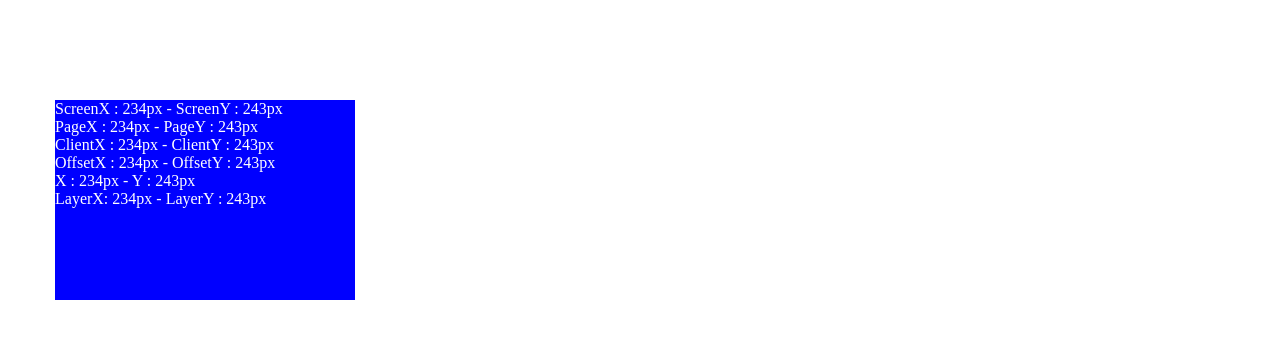
Repository: khanhbinh87/learnJs
Page: customSelect/Mouse/index.html
An editor plug-in stored every save of this project. The page is shown before and after the next save, followed by the edit.
The browser window is 1280 px wide. The pictures show the whole page.

Above is the page before, as saved 2021-06-18 10:11:03.

### customSelect/Mouse/index.html
<!DOCTYPE html>
<html lang="en">
<head>
    <meta charset="UTF-8">
    <meta name="viewport" content="width=device-width, initial-scale=1.0">
    <title>Document</title>
    <style>
        *{margin:0;padding: 0;}
        .container{
            width: 1170px;
            margin: 0 auto;
            padding: 100px 0;
        }
        .box{
            width: 300px;
            height: 200px;
            color: #fff;
            background-color: blue;
            /* margin: 0 auto; */
        }
    </style>
</head>
<body>
    <div class="container">
        <div class="box">
            <div id="screen"> ScreenX : 234px - ScreenY : 243px</div>
            <div id="page"> PageX : 234px - PageY : 243px</div>
            <div id="client"> ClientX : 234px - ClientY : 243px</div>
            <div id="offset"> OffsetX : 234px - OffsetY : 243px</div>
            <div id="xy"> X : 234px - Y : 243px</div>
            <div id="layout"> LayerX: 234px - LayerY : 243px</div>


        </div>
    </div>
</body>
<script src="main.js"></script>
</html>

### customSelect/Mouse/main.js
var boxEl = document.querySelector('.box')

function getOffset(element){
    if(!element) return;

    if(!element.getClientRects().length){
        return {
            top:0,
            left:0
        }
    }
    var rect = element.getBoundingClientRect();
    var win  = element.ownerDocument.defaultView;

    return {
        top:rect.top + win.pageYOffset,
        left:rect.left + win.pageXOffset
    }
}
boxEl.addEventListener('mouseover',function(e){
    // console.log('mouseover',e);

})
boxEl.addEventListener('mousemove',function(e){


    boxEl.querySelector('#screen').innerHTML = `ScreenX : ${e.screenX} - ScreenY : ${e.screenY}`;
    boxEl.querySelector('#page').innerHTML = `PageX : ${e.pageX} - PageY : ${e.pageY}`;
    boxEl.querySelector('#client').innerHTML = `ClientX : ${e.clientX} - ClientY : ${e.clientY}`;
    boxEl.querySelector('#offset').innerHTML = `OffsetX : ${e.offsetX} - OffsetY : ${e.offsetY}`;
    boxEl.querySelector('#xy').innerHTML = `X : ${e.x} - Y : ${e.y}`;
    boxEl.querySelector('#layout').innerHTML = `LayerX : ${e.layerX} - LayerY : ${e.layerY}`;
    boxEl.querySelector('#layout').innerHTML = `LayerX : ${e.layerX} - LayerY : ${e.layerY}`;



})
boxEl.addEventListener('mouseleave',function(e){
    // console.log('mouseleave',e);

})
boxEl.addEventListener('mouseout',function(e){
    // console.log('mouseout',e);

})
/*
    OFFsetX -> la k/c tu mouse den vien ben trai cua chinh no
    offsetY -> la k/c tu mouse den vien ben tren cua chinh no

    ScreenX -> la kc/ tu mouse den vien ben trai cua man hinh may tinh (ko phai cua trinh duyet)
    ScreenY -> la kc/ tu mouse den vien ben tren cua man hinh may tinh (ko phai cua trinh duyet)

    PageX -> la kc/ tu mouse den vien ben trai cua trang web
    PageY -> la kc/ tu mouse den vien ben tren cua trang web

    ClientX -> la kc/ tu mouse den vien ben trai cua viewport
    ClientY -> la kc/ tu mouse den vien ben tren cua viewport


 */

After the next save:
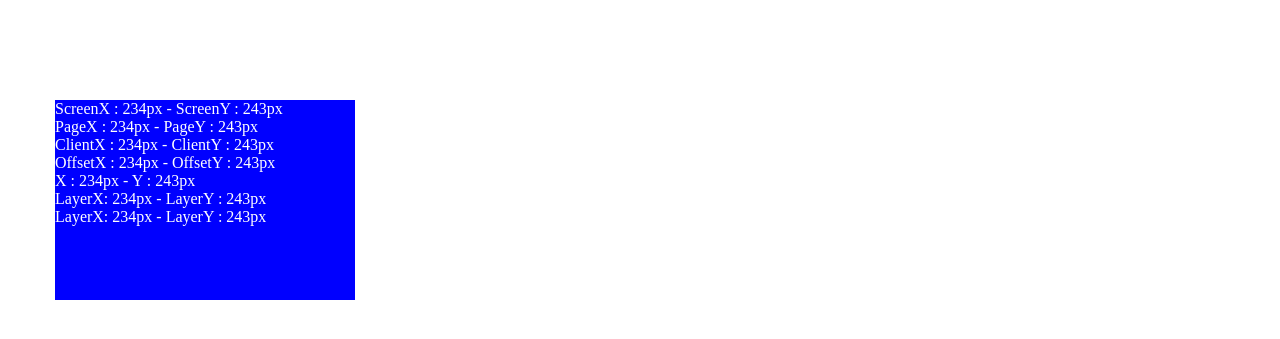
Saved 53 s later.
--- a/customSelect/Mouse/index.html
+++ b/customSelect/Mouse/index.html
@@ -29,6 +29,8 @@
             <div id="offset"> OffsetX : 234px - OffsetY : 243px</div>
             <div id="xy"> X : 234px - Y : 243px</div>
             <div id="layout"> LayerX: 234px - LayerY : 243px</div>
+            <div id="layout"> LayerX: 234px - LayerY : 243px</div>
+
 
 
         </div>
